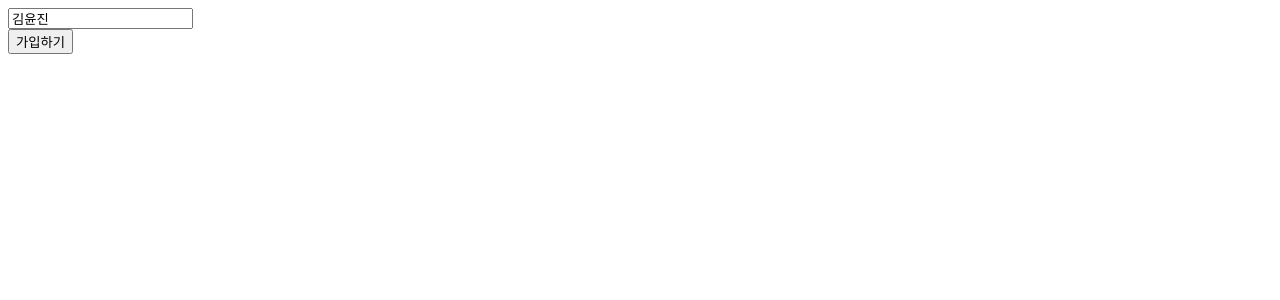
Repository: vkfkstptkd1/WebProgramming
Page: ch3_FormTag/WebContent/input.html
The author's editor kept a copy of each file at every save. The page is drawn from the files as they stood at one save, then again after the next save.
The browser window is 1280 px wide. The pictures show the whole page.

Above is the page before, as saved 2021-03-18 10:55:10.

### ch3_FormTag/WebContent/input.html
<!DOCTYPE html>
<html>
<head>
<meta charset="EUC-KR">
<title>Insert title here</title>
</head>
<body>
<input type="text" name="username" value="김윤진"><br>
<input type="button" name="btn1" value="가입하기"><br>


</body>
</html>

After the next save:
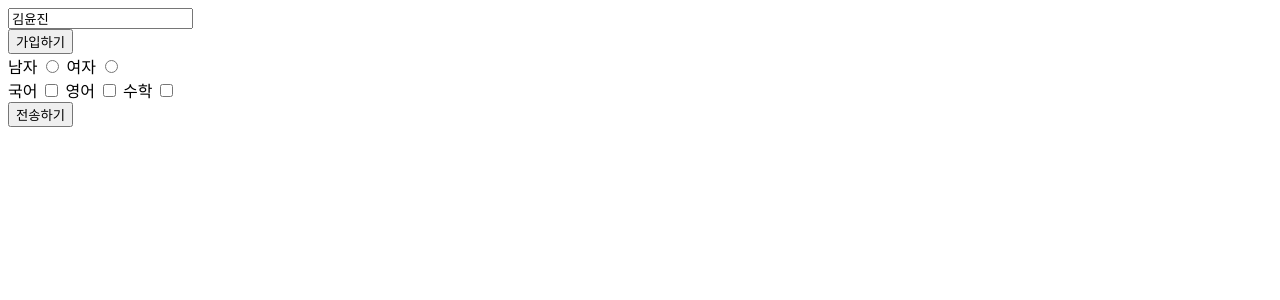
Saved 2 min 29 s later.
--- a/ch3_FormTag/WebContent/input.html
+++ b/ch3_FormTag/WebContent/input.html
@@ -7,7 +7,12 @@
 <body>
 <input type="text" name="username" value="김윤진"><br>
 <input type="button" name="btn1" value="가입하기"><br>
-
+남자 <input type="radio" name="gubun" value="남자">
+여자 <input type="radio" name="gubun" value="여자"><br>
+국어 <input type="checkbox" name="check" value="국어">
+영어 <input type="checkbox" name="check" value="영어">
+수학 <input type="checkbox" name="check" value="수학"><br>
+<input type="submit" value="전송하기">
 
 </body>
 </html>
